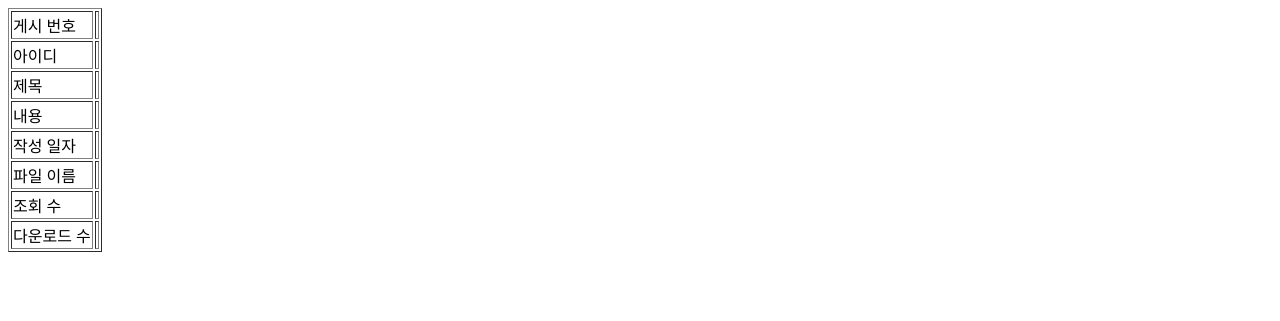
Repository: khy4701/JavaServerPage-Servlet
Page: http://localhost/07.BoardProejct/View.jsp
The author's editor kept a copy of each file at every save. The page is drawn from the files as they stood at one save, then again after the next save.
The browser window is 1280 px wide. The pictures show the whole page.
The page is served by Tomcat 9.

Above is the page before, as saved 2016-07-25 06:49:54.

After the next save:
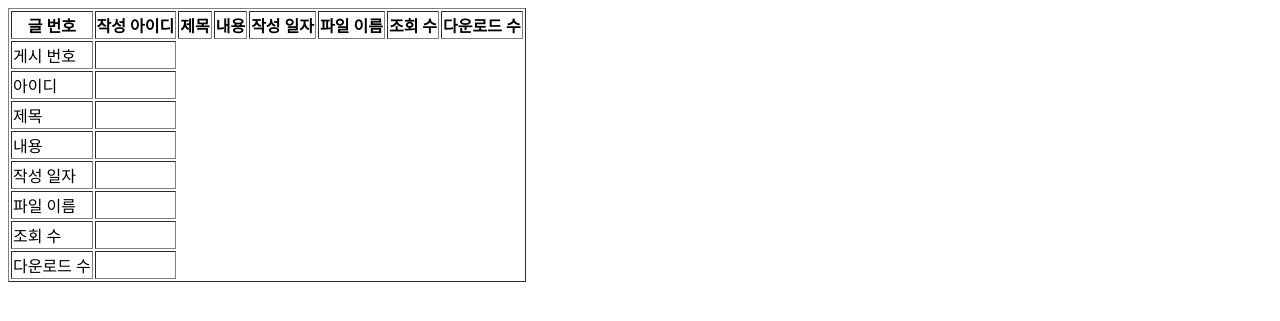
Saved 3 min 39 s later.
--- a/07.BoardProejct/WebContent/View.jsp
+++ b/07.BoardProejct/WebContent/View.jsp
@@ -14,6 +14,9 @@
 <c:set var ="content" value= "${requestScope.ContentInfo}"/>
 <table border ="1">
 
+<tr><th> 글 번호 </th> <th> 작성 아이디</th> <th> 제목</th>
+<th>내용 </th> <th>작성 일자</th> <th>파일 이름</th> <th>조회 수</th> <th> 다운로드 수</th> </tr>
+
     <tr><td> 게시 번호 </td> <td> ${content.num }        </td></tr>
     <tr><td> 아이디	 </td> <td> ${content.id }  </td></tr>
     <tr><td> 제목	 </td> <td> ${content.title }  </td></tr>
